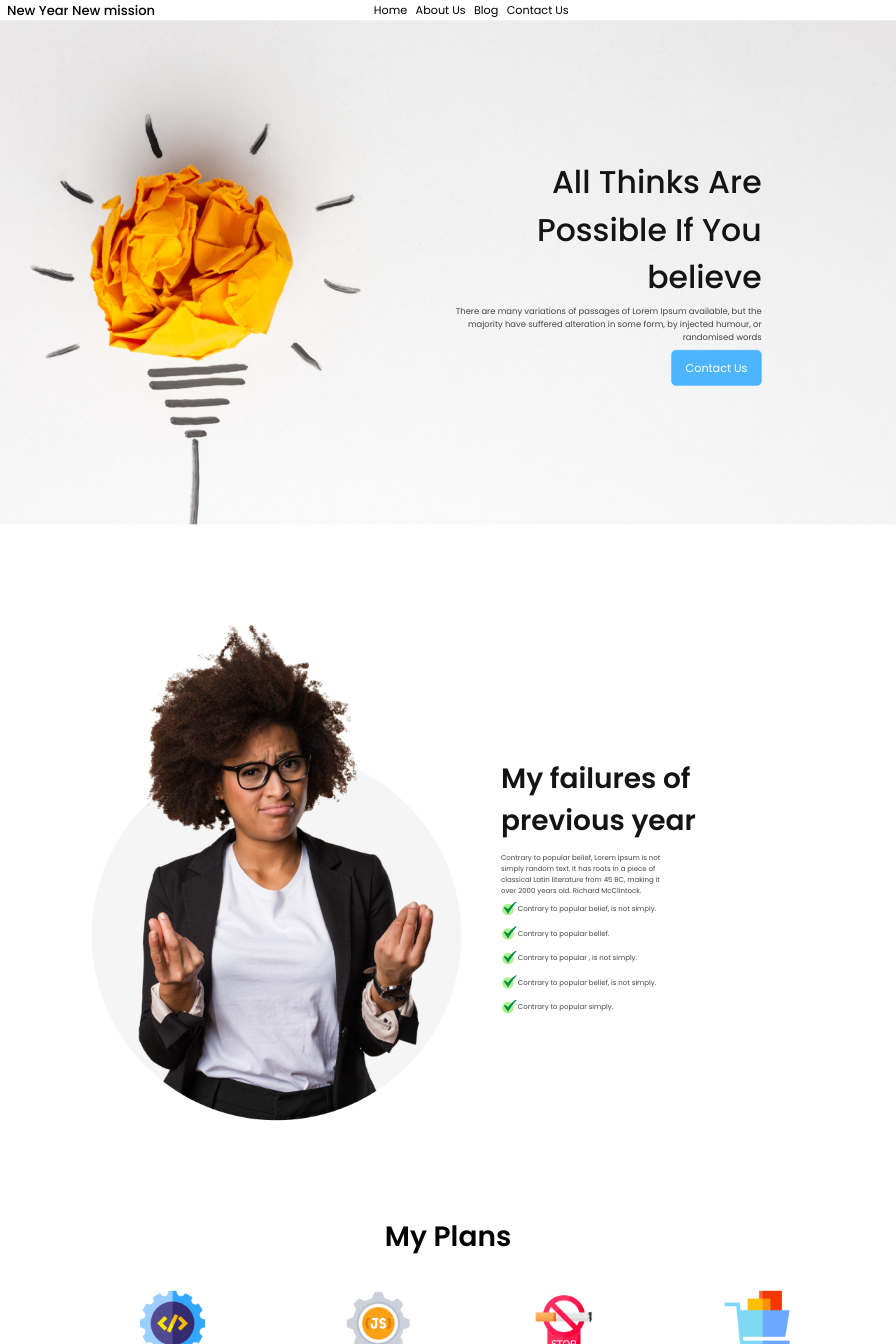
Repository: mdrubel02/new-year-new-mission
Page: index.html
The author's editor kept a copy of each file at every save. The page is drawn from the files as they stood at one save, then again after the next save.
The browser window is 1280 px wide. The pictures show the part of the page from y = 0 to 1920 px (the page is 3909 px tall before and 3929 px after), at 70% of full size.

Above is the page before, as saved 2023-01-07 02:53:30.

After the next save:
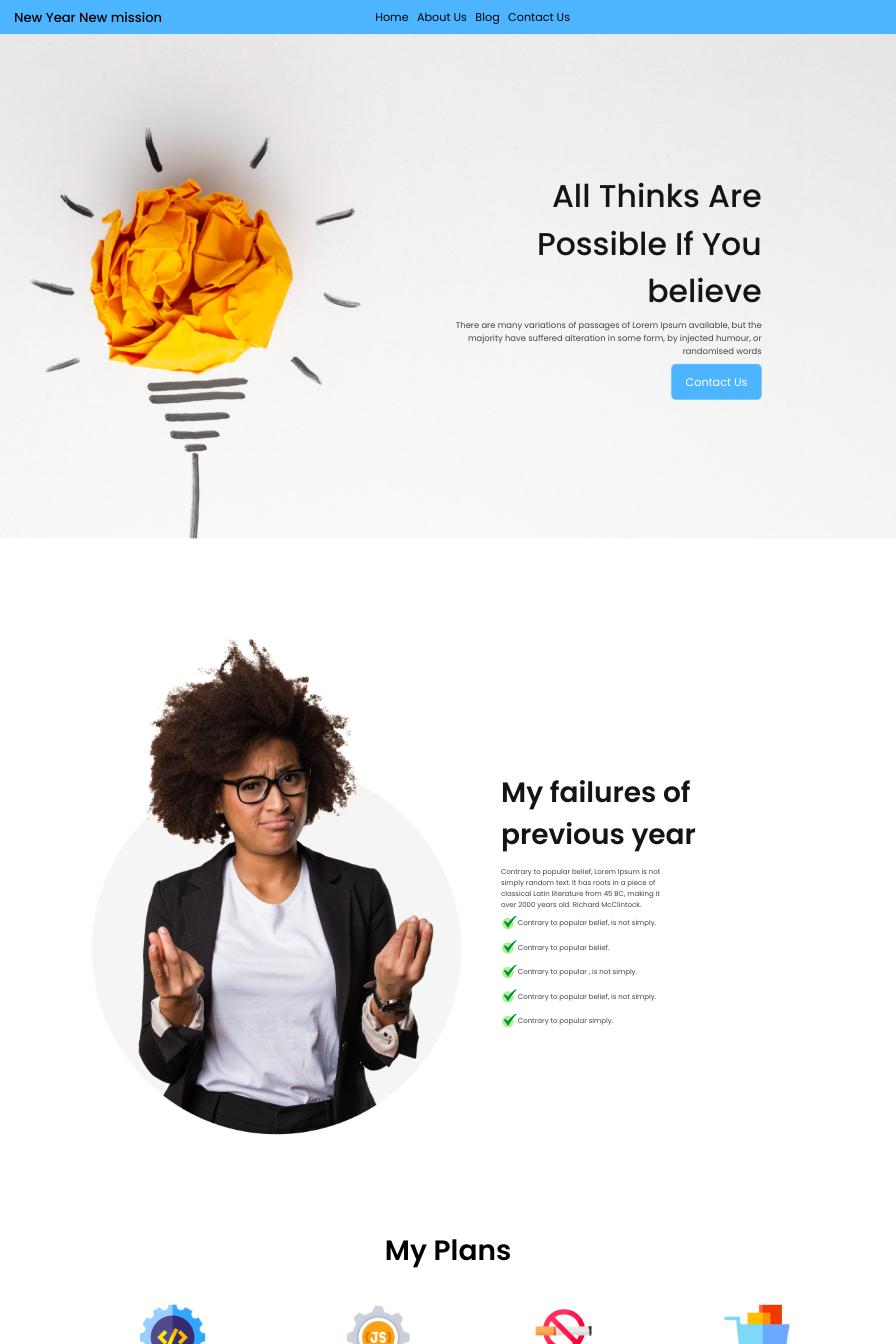
Saved 3 min 10 s later.
--- a/index.css
+++ b/index.css
@@ -69,6 +69,8 @@ a:hover {
     display: flex;
     justify-content: flex-start;
     align-items: center;
+    padding: 10px;
+    background-color:#4db5ff ;
 }
 .bran_name{
     width: 40%;
